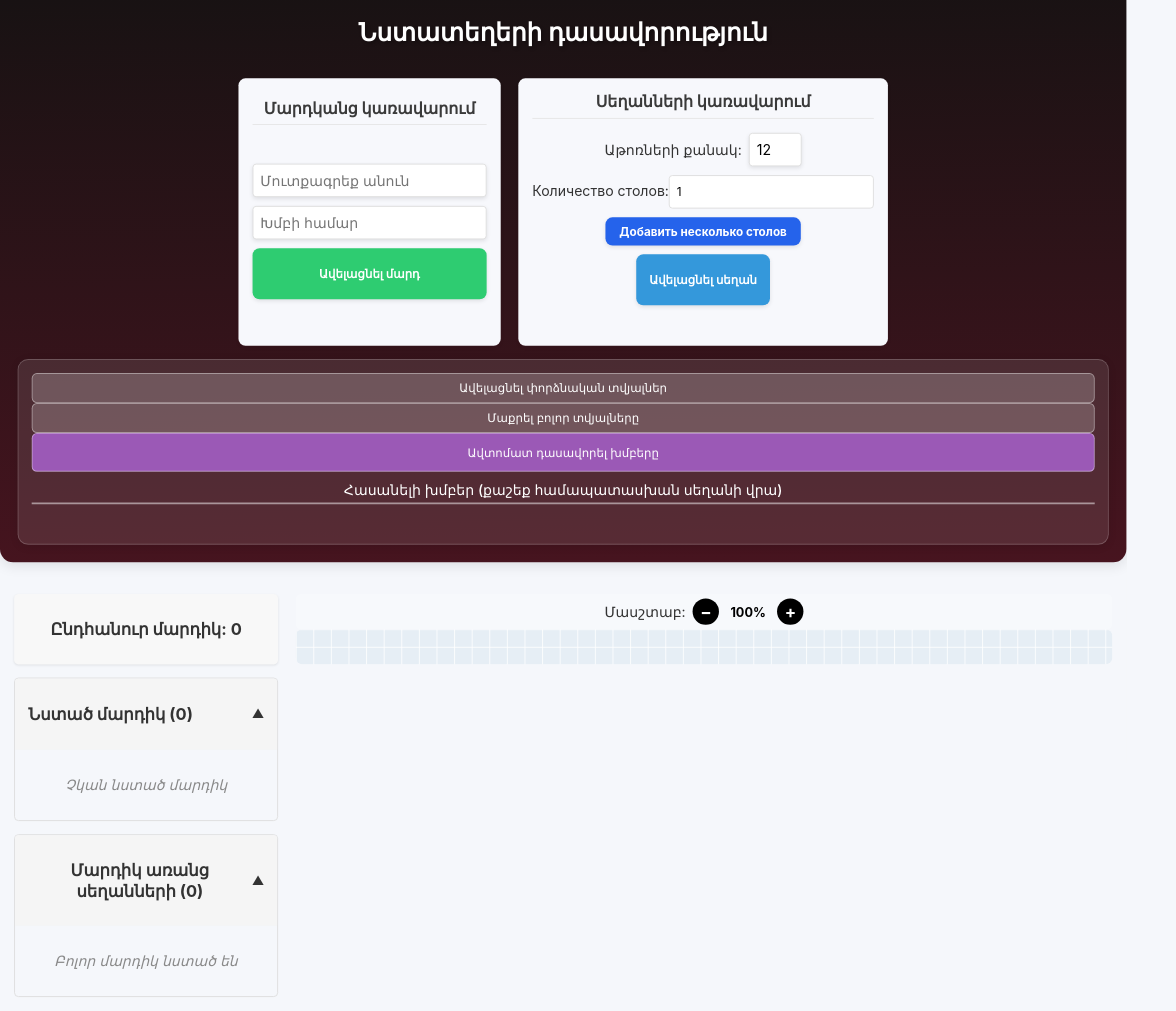
Repository: Vahan-23/Table-V2
Page: /
The author's editor kept a copy of each file at every save. The page is drawn from the files as they stood at one save, then again after the next save.
The browser window is 1280 px wide. The page is 1280 px wide, then 1336 px, so the pictures cover 1336 px, including what lies to the right of the window. The pictures show the whole page, at 88% of full size.
The project was rebuilt for these pictures with package versions that can differ from the ones it lists, and the page was loaded fresh each time.

Above is the page before, as saved 2025-03-03 12:38:26.

After the next save:
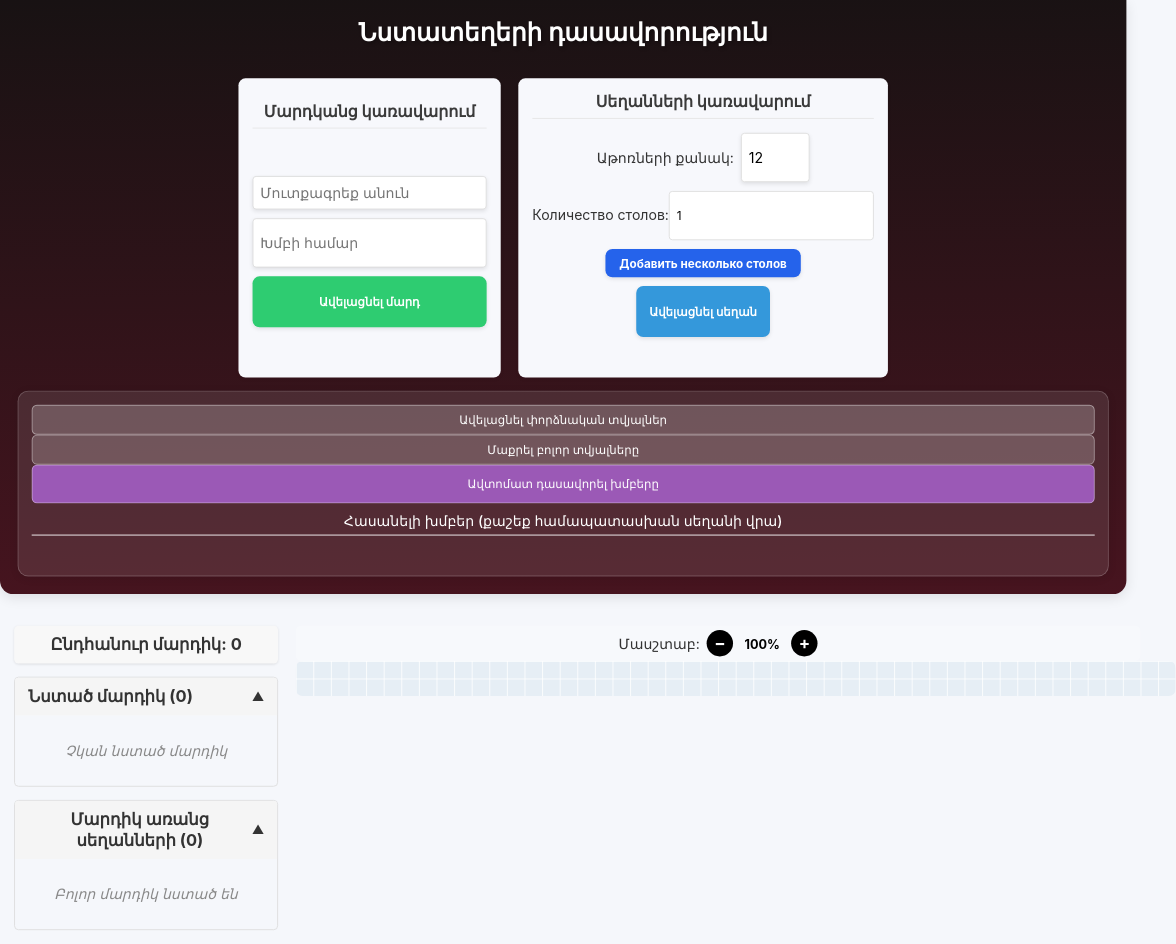
Saved 5 s later.
--- a/src/component/App.css
+++ b/src/component/App.css
@@ -1,8 +1,8 @@
 /* Modern styles for the Seating Arrangement app */
 * {
-  /* margin: 0; */
+  margin: 0;
   padding: 0;
-  box-sizing: border-box;
+  /* box-sizing: border-box; */
   font-family: 'Inter', -apple-system, BlinkMacSystemFont, 'Segoe UI', Roboto, sans-serif;
 }
 
